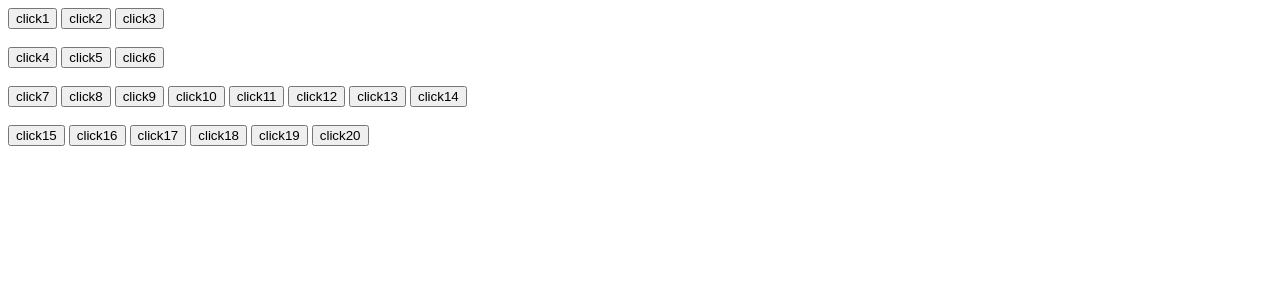
Repository: yhj4130/JsonStudy
Page: JsonApp01/WebContent/JsonTest10.html
The author's editor kept a copy of each file at every save. The page is drawn from the files as they stood at one save, then again after a run of saves.
The browser window is 1280 px wide. The pictures show the whole page.

Above is the page before, as saved 2019-05-31 07:06:22.

After the next 2 saves:
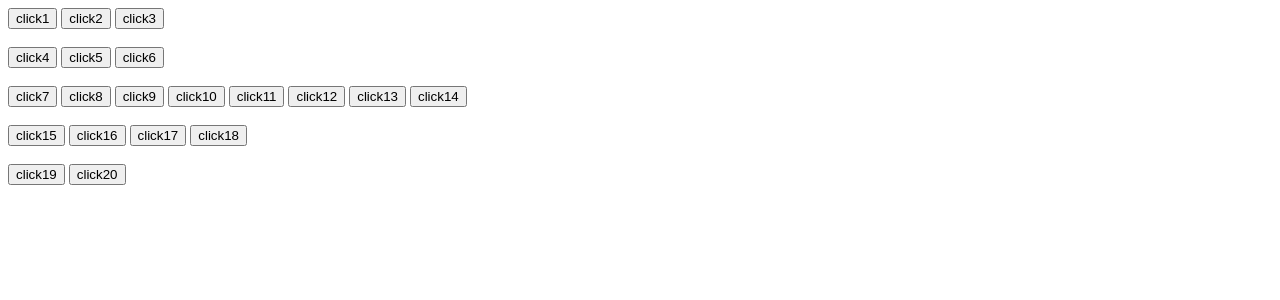
The 2 saves are shown as one change because they came seconds apart.
The last was saved 10 s later.
--- a/JsonApp01/WebContent/JsonTest10.html
+++ b/JsonApp01/WebContent/JsonTest10.html
@@ -66,9 +66,13 @@
 	<input type="button" value="click18" onclick="alert(typeof obj6_2[2])">
 	<!-- number -->
 
+	<br><br>
+
 	<input type="button" value="click19" onclick="alert(obj6_2[1] + obj6_2[2])">
 	<!-- test2123 -->
 	<input type="button" value="click20" onclick="alert(obj6_2[2] + obj6_2[3])">
 	<!-- 247 -->
 
+	<br><br>
+
 </form>
